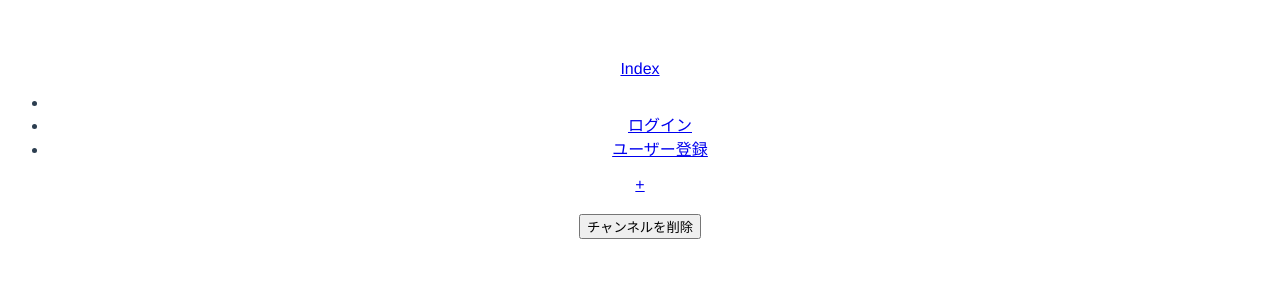
Repository: dododoSA/chat-app
Page: / (app in front/)
These files come from the project's save history. The page is drawn as it stood at one moment and after the next save; the edit follows.
The browser window is 1280 px wide. The pictures show the whole page.
The page's requests for data from a server got no answer. The project was rebuilt for these pictures with package versions that can differ from the ones it lists, and the page was loaded fresh each time. No one was signed in, and anything a server would have sent is missing. Also part of the build but not shown: front/vue.config.js, front/src/components/HelloWorld.vue, front/src/components/Login.vue, front/src/components/Signup.vue, front/src/components/NewChannelForm.vue, front/src/components/EditChannelForm.vue.

Above is the page before, as saved 2019-09-06 11:57:51.

### front/src/App.vue
<template>
  <div id="app">
    <nav class="navbar navbar-expand navbar-dark bg-dark">
      <router-link to="/">Index</router-link>
      <ul class="navbar-nav mr-auto">
        <li class="nav-item">
            <!--a-- class="nav-link" href="{{path('logout')}}">ログアウト</!--a-->
        </li>
        <li class="nav-item">
          <router-link to="/login">ログイン</router-link>
        </li>
        <li class="nav-item">
          <router-link to="/signup">ユーザー登録</router-link>
        </li>
      </ul>
    </nav>

    <router-view></router-view>
  </div>
</template>

<script>
import HelloWorld from './components/HelloWorld.vue'

export default {
  name: 'app',
  components: {
    HelloWorld
  }
}
</script>

<style>
#app {
  font-family: 'Avenir', Helvetica, Arial, sans-serif;
  -webkit-font-smoothing: antialiased;
  -moz-osx-font-smoothing: grayscale;
  text-align: center;
  color: #2c3e50;
  margin-top: 60px;
}
</style>

### front/src/router.js
import Vue from 'vue'
import VueRouter from 'vue-router'

import Top from './components/Top'
import Login from './components/Login'
import Signup from './components/Signup'
import NewChannelForm from './components/NewChannelForm'
import Channel from './components/Channel'
import EditChannelForm from './components/EditChannelForm'

Vue.use(VueRouter);

export default new VueRouter({
    mode: 'history',
    routes: [
        {
            path: '/',
            name: 'Top',
            component:Top
        },
        {
            path: '/login',
            name: 'Login',
            component: Login
        },
        {
            path: '/signup',
            name: 'Signup',
            component: Signup
        },
        {
            path: '/channel/new',
            component: NewChannelForm
        },
        {
            path: '/channel/:name/edit',
            name: 'EditChannelForm',
            component: EditChannelForm
        },
        {
            path: '/channel/:name',
            name: 'Channel',
            component: Channel
        }
    ]
})

### front/src/components/Top.vue
<template>
    <div class="Top">
        <channel></channel>
    </div>
</template>

<script>
import Channel from './Channel.vue'

export default {
    name: 'Top',
    components: {
        Channel
    }
}
</script>

### front/src/components/Channel.vue
<template>
    <div class="channel">
        <router-link to="/channel/new">+</router-link>
        <ul>
            <li v-for="channel in channels" v-bind:key="channel.id">
                <router-link :to="{ name : 'Channel', params : { name: channel.name }}">{{ channel.name }}</router-link>
            </li>
        </ul>
        <h2>{{ currentChannelName }}</h2>
        <router-link v-if="currentChannelName" :to="{ name: 'EditChannelForm', params : { name: currentChannelName} }"> チャンネル名を変更 </router-link>
        <button @click="deleteChannel">チャンネルを削除</button>
        <thread-show :channelName="currentChannelName"></thread-show>
    </div>
</template>

<script>
import axios from 'axios'
import ThreadShow from './Thread'

export default {
    name: 'Channel',
    data: () => {
        return {
            channels: [],
            currentChannelName: '',
        }
    },
    created: function() {
        let _this = this
        this.currentChannelName = this.$route.params.name
        axios.get("http://localhost:8000/channel")
            .then(function(response) {
                _this.channels = response.data
            })
            .catch(function(error){
                console.log(error)
            })
    },
    medhod: {
        newChannel: function () {
            let _this = this
            axios.post("http://localhost:8000/channel/new")
                .then(function(response) {
                    axios.get("http://localhost:8000/channel")
                        .then(function(response) {
                            _this.channels = response.data
                        })
                        .catch(function(error){
                            console.log(error)
                        })
                })
                .catch(function(error) {
                    console.log(error)
                })
        },
        deleteChannel: function() {
            let _this = this
            const data = {
                name: currentChannelName
            }
            axios.post("/channel/delete", data)
                .then(function() {
                    _this.$router.push('/')
                })
                .catch(function(error) {
                    console.log(error)
                })
        }
    },
    components: {
        ThreadShow
    },

    beforeRouteUpdate (to, from, next) {
        this.currentChannelName = to.params.name
        next();
    }
}
</script>

### front/src/components/Thread.vue
<template>
    <div class="thread">
        <p v-for="thread in threads" v-bind:key="thread.id">
            {{ thread.content }}
        </p>
    </div>
</template>

<script>
import axios from 'axios'

export default {
    name: 'Thread',
    props: {
        channelName: String,
    }
    ,
    data: () => {
        return {
            threads : [],
        }
    },
    watch: {
    '$props':{
      handler: function (val, oldVal) {
        let _this = this
        console.log(this.channelName)
        axios.get('http://localhost:8000/channel/' + _this.channelName + '/thread')
            .then(function(response) {
                _this.threads = response.data
            })
            .catch(function(error) {
                console.log(error)
            })
      },
      deep: true
    }
  },
    created () {
        let _this = this
        console.log(this.channelName)
        axios.get('http://localhost:8000/channel/' + _this.channelName + '/thread')
            .then(function(response) {
                _this.threads = response.data
            })
            .catch(function(error) {
                console.log(error)
            })

    }
}
</script>

Loaded but not shown: front/public/index.html (common file); front/src/main.js (common file)

After the next save:
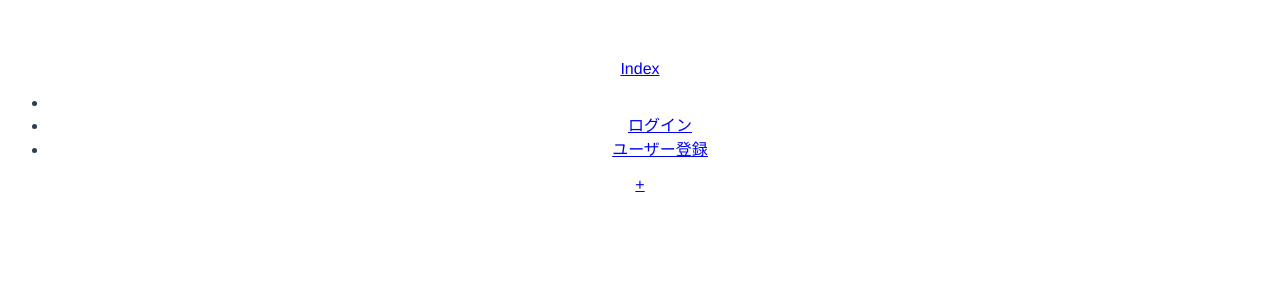
Saved 68 s later.
--- a/front/src/components/Channel.vue
+++ b/front/src/components/Channel.vue
@@ -8,7 +8,7 @@
         </ul>
         <h2>{{ currentChannelName }}</h2>
         <router-link v-if="currentChannelName" :to="{ name: 'EditChannelForm', params : { name: currentChannelName} }"> チャンネル名を変更 </router-link>
-        <button @click="deleteChannel">チャンネルを削除</button>
+        <!-- <button @click="deleteChannel">チャンネルを削除</button> -->
         <thread-show :channelName="currentChannelName"></thread-show>
     </div>
 </template>

After the 2 saves that followed:
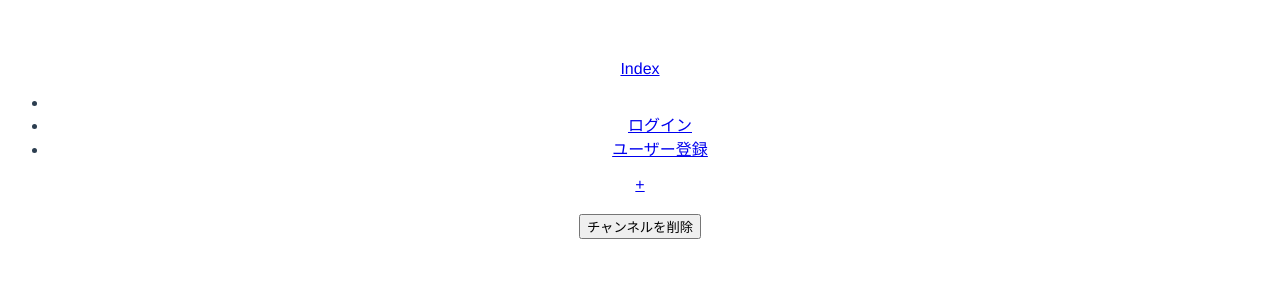
The 2 saves are shown as one change because 1 left the picture as it was.
The last was saved 102 s later.
--- a/front/src/components/Channel.vue
+++ b/front/src/components/Channel.vue
@@ -8,7 +8,7 @@
         </ul>
         <h2>{{ currentChannelName }}</h2>
         <router-link v-if="currentChannelName" :to="{ name: 'EditChannelForm', params : { name: currentChannelName} }"> チャンネル名を変更 </router-link>
-        <!-- <button @click="deleteChannel">チャンネルを削除</button> -->
+        <button @click="deleteChannel">チャンネルを削除</button>
         <thread-show :channelName="currentChannelName"></thread-show>
     </div>
 </template>
@@ -36,7 +36,7 @@
                 console.log(error)
             })
     },
-    medhod: {
+    medhods: {
         newChannel: function () {
             let _this = this
             axios.post("http://localhost:8000/channel/new")
